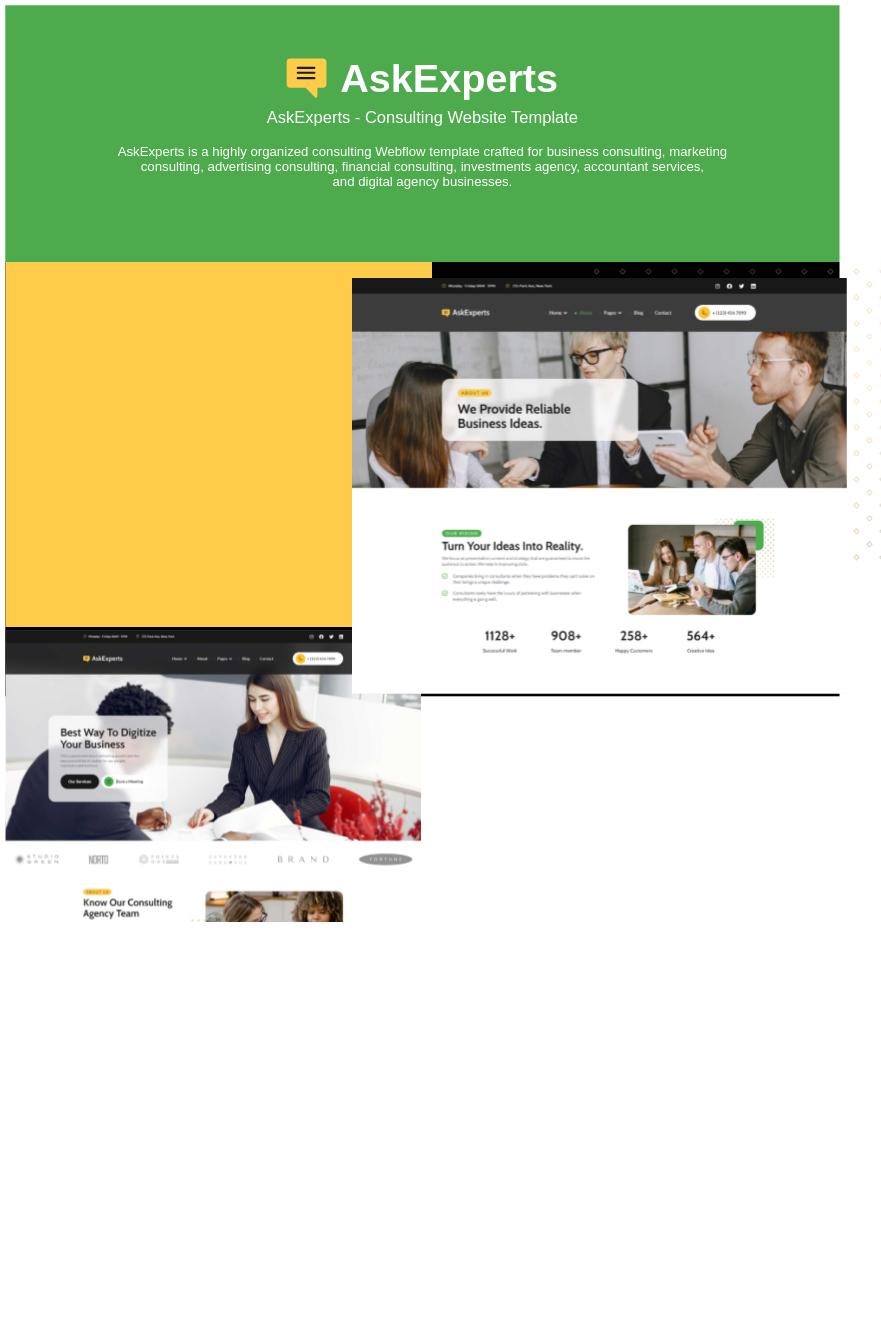
Repository: Richard-progex/webflow-tem
Page: index.html
These files come from the project's save history. The page is drawn as it stood at one moment and after a run of saves; the edit follows.
The browser window is 1280 px wide. The page is 1335 px wide, so the pictures cover 1335 px, including what lies to the right of the window. The pictures show the whole page, at 66% of full size.

Above is the page before, as saved 2024-10-24 16:34:22.

### index.html
<!DOCTYPE html>
<html lang="en">
<head>
    <meta charset="UTF-8">
    <meta name="viewport" content="width=device-width, initial-scale=1.0">
    <title>Document</title>
    <link rel="stylesheet" href="index.css">
</head>
<body>

    <header>
        <article class="one">
            <img src="images/Logo.svg" alt="">
            <h1>AskExperts</h1>
        </article>

        <article class="two">
            <p class="con">AskExperts - Consulting Website Template</p>
            <p class="desc">AskExperts is a highly organized consulting Webflow template crafted for business consulting,
               marketing <br> consulting, advertising consulting, financial consulting,
                investments agency, accountant services, <br> and digital agency businesses.</p>
        </article>
    </header>


    <section class="herosec">
        <div class="imgback">
            <img class="rec" src="images/Rectangle 01.svg" alt="">
            <img class="patt" src="images/Pattern.svg" alt="">
        </div>

        <div class="imgfront">
            <img class="girlnoff" src="images/Rectangle (1).svg" alt="">
            <img class="boynoff" src="images/Rectangle.svg" alt="">
        </div>


    </section>







</body>
</html>

### index.css
header{
    background-color: rgba(77, 171, 77, 1);
    color: white;
    font-family: Arial, Helvetica, sans-serif;
    padding: 60px;
   max-width: 1230px;
}

header .one{
    display: flex;
    justify-content: center;
    gap: 20px;
}
header .one h1{
    font-size: 60px;
    font-weight: 600;
    line-height: 1px;
}

header .two{
    text-align: center;
    position: relative;
    top: -30px;
}
header .two .con{
    font-weight: 500;
    font-size: 25px;
}
header .two .desc{
    font-weight: lighter;
    font-size: 20px;
    text-align: center;
}
.herosec{
    background-color: black;
    height: 658px;
}
.herosec .imgback .patt{
    position: relative;
    top: -100px;
    left: 240px;
}

.herosec .imgfront .boynoff{
    width: 750px;
    /* height: 533px; */
    position: relative;
    top: -980px;
    left: 525px;
}

After the next 2 saves:
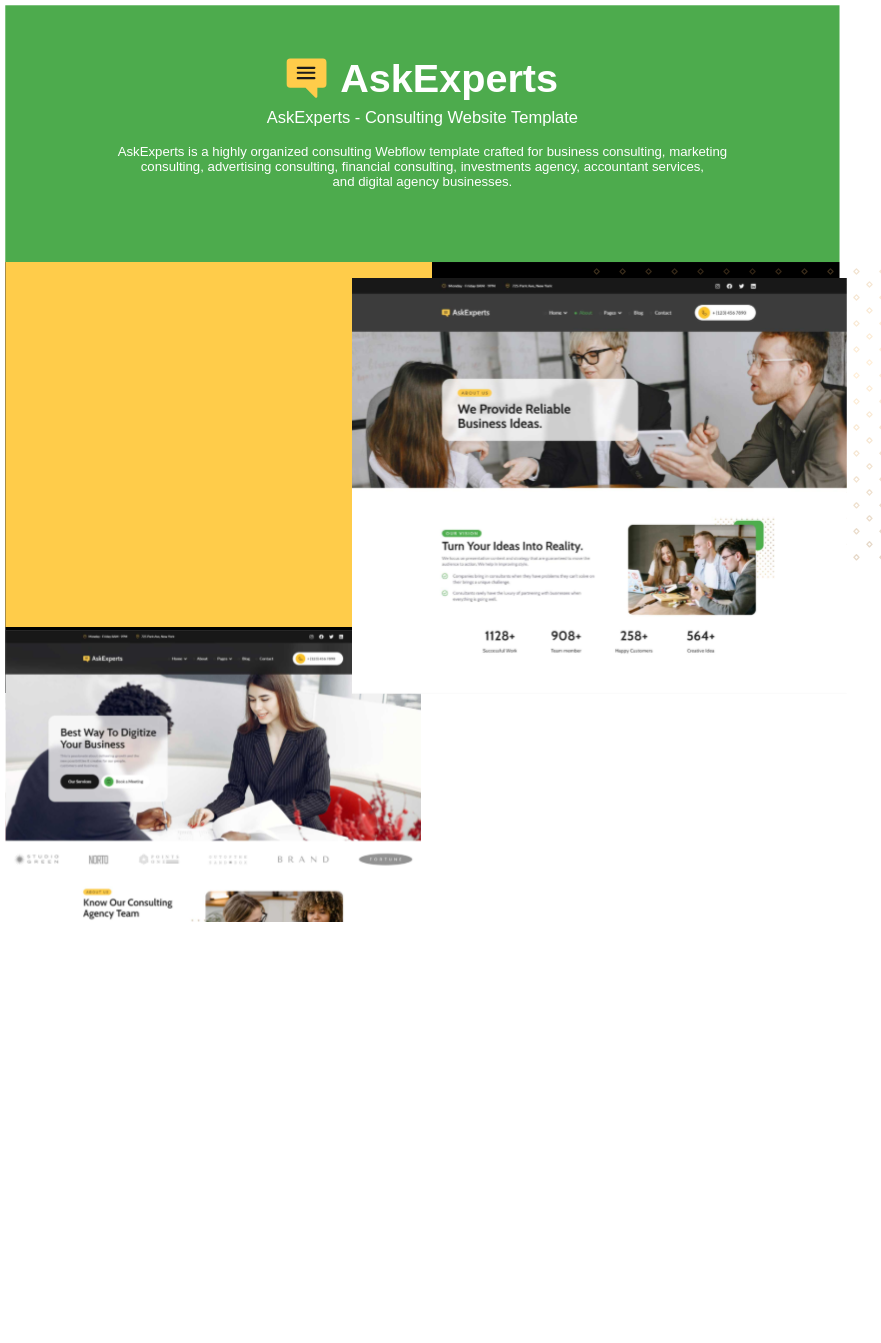
The 2 saves are shown as one change because they came seconds apart.
The last was saved 11 s later.
--- a/index.css
+++ b/index.css
@@ -33,7 +33,7 @@
 }
 .herosec{
     background-color: black;
-    height: 658px;
+    height: 653px;
 }
 .herosec .imgback .patt{
     position: relative;
